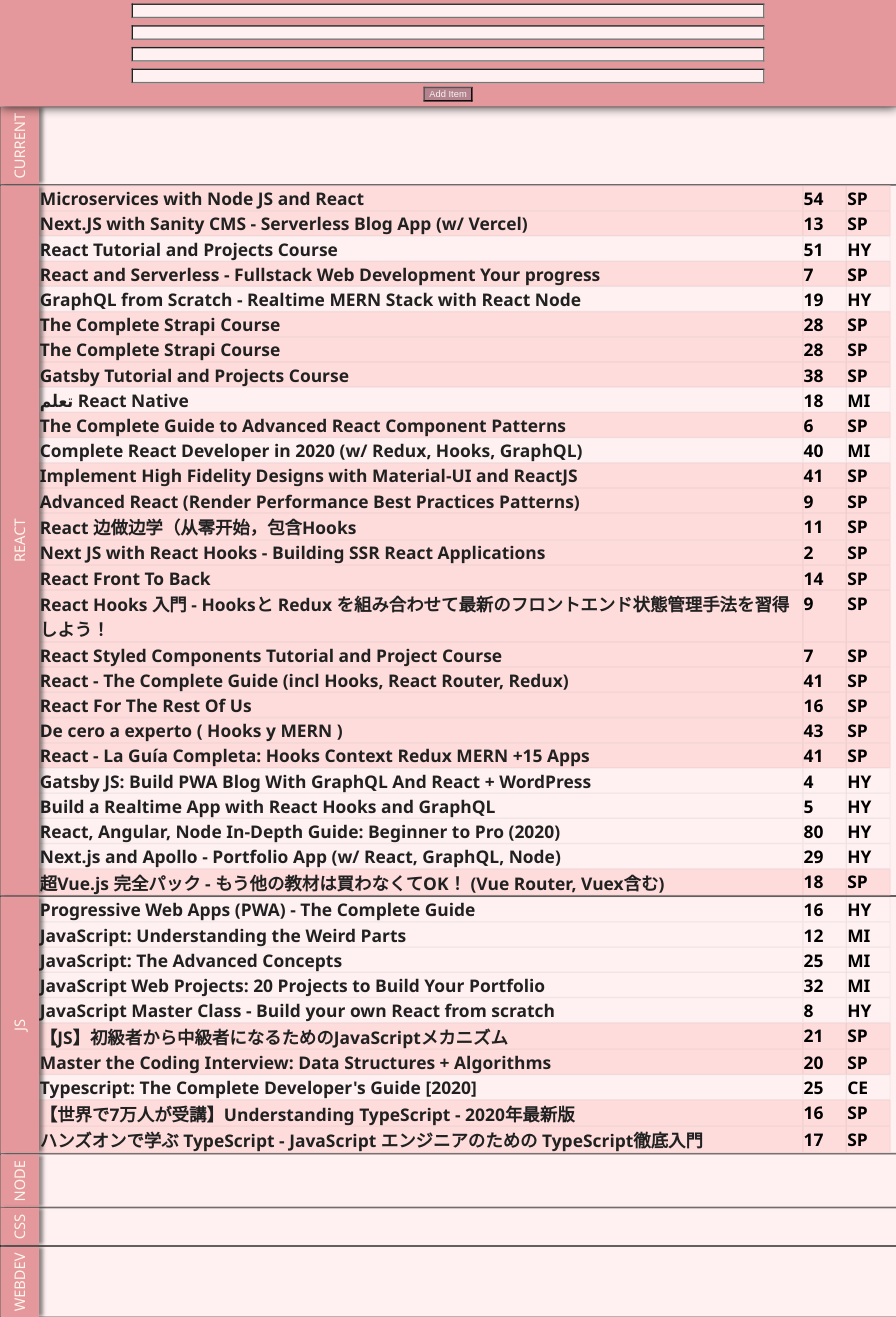
Repository: ClementLight/plan
Page: codicrs.html
The author's editor kept a copy of each file at every save. The page is drawn from the files as they stood at one save, then again after the next save.
The browser window is 1280 px wide. The pictures show the whole page, at 70% of full size.

Above is the page before, as saved 2020-09-01 14:26:34.

### codicrs.html
<!DOCTYPE html>
<html lang="en">
  <head>
    <meta charset="UTF-8" />
    <meta name="viewport" content="width=device-width, initial-scale=1.0" />
    <title>Plan List</title>
    <link rel="stylesheet" href="style.css" />
  </head>
  <body>
    <section id="add-item" class="add-item">
      <input type="text" class="add-item__input--url" />
      <input type="text" class="add-item__input--name" />
      <input type="text" class="add-item__input--hours" />
      <input type="text" class="add-item__input--account" />
      <button class="add-item__button">Add Item</button>
    </section>
    <section class="top-container">
      <section class="maincontainers">
        <div class="lessontype">CURRENT</div>
        <div id="lessonsCurrent" class="lessons"></div>
      </section>
      <section class="maincontainers">
        <div id="react-section" class="lessontype">REACT</div>
        <div id="lessonsReact" class="lessons"></div>
      </section>
      <section class="maincontainers">
        <div class="lessontype">JS</div>
        <div id="lessonsJavascript" class="lessons"></div>
      </section>
      <section class="maincontainers">
        <div class="lessontype">NODE</div>
        <div id="lessonsNode" class="lessons"></div>
      </section>
      <section class="maincontainers">
        <div class="lessontype">CSS</div>
        <div id="lessonsCss" class="lessons"></div>
      </section>
      <section class="maincontainers">
        <div class="lessontype">WEBDEV</div>
        <div id="lessonsWebdev" class="lessons"></div>
      </section>
    </section>

    <!-- //TODO scripts -->
    <script src="jsondata.js"></script>
    <script>
      //   document.body.innerHTML += `
      //  <section class="top-container">
      //   <section idclass="maincontainers">
      //     <div class="lessontype">${item.subject}</div>
      //     <div id="lessons" class="lessons">

      //     </div>
      //   </section>
      // </section>

      database.map((item) => {
        document.getElementById(`lessons${item.subject}`).innerHTML += `
            <div class="lesson lesson-background-filter">
              <a class="lessonname" href=${item.url}>${item.title}</a>
              <span class="hours">${item.hours}</span>
              <span class="account">${item.account}</span>
            </div>
        `
      })

      // const hoursList = [...document.querySelectorAll(".hours")]
      let allClasses = Array.from(document.querySelectorAll(".hours"))
      allClassesValues = allClasses.map((node) => parseInt(node.textContent))
      let total = allClassesValues.reduce((a, b) => a + b, 0)

      const addItem = () => {
        itemUrl = document.querySelector(".add-item__input--url").value
        itemName = document.querySelector(".add-item__input--name").value
        itemHours = document.querySelector(".add-item__input--hours").value
        itemAccount = document.querySelector(".add-item__input--account").value

        newItemHtml = `
        <div class="lesson lesson-background-filter">
        <a class="lessonname" href="${itemUrl}">${itemName} </a>
        <span class="hours">${itemHours}</span>
        <span class="account">${itemAccount}</span>
        </div>
        `
        document.getElementById("react-section__lessons").insertAdjacentHTML("afterbegin", newItemHtml)

        console.log(newItemHtml)
      }

      document.querySelector(".add-item__button").addEventListener("click", addItem)
      console.log(navigator.userAgent)

      //TODO check browser

      let browserAndVersion = (navigator.sayswho = (function () {
        var ua = navigator.userAgent,
          tem,
          M = ua.match(/(opera|chrome|safari|firefox|msie|trident(?=\/))\/?\s*(\d+)/i) || []
        if (/trident/i.test(M[1])) {
          tem = /\brv[ :]+(\d+)/g.exec(ua) || []
          return "IE " + (tem[1] || "")
        }
        if (M[1] === "Chrome") {
          tem = ua.match(/\b(OPR|Edge?)\/(\d+)/)
          if (tem != null) return tem.slice(1).join(" ").replace("OPR", "Opera").replace("Edg ", "Edge ")
        }
        M = M[2] ? [M[1], M[2]] : [navigator.appName, navigator.appVersion, "-?"]
        if ((tem = ua.match(/version\/(\d+)/i)) != null) M.splice(1, 1, tem[1])
        return M.join(" ")
      })())

      //TODO xpath way of selecting stuff. I like it.
      function getElementsByXPath(xpath, parent) {
        let results = []
        let query = document.evaluate(xpath, parent || document, null, XPathResult.ORDERED_NODE_SNAPSHOT_TYPE, null)
        for (let i = 0, length = query.snapshotLength; i < length; ++i) {
          results.push(query.snapshotItem(i))
        }
        return results
      }

      if (browserAndVersion.includes("Chrome")) {
        let itemsXPathed = getElementsByXPath("//span[text()='SP']")
        itemsXPathed.forEach((node) => {
          node.parentElement.classList.remove("lesson-background-filter")
          node.parentElement.classList.add("browserColor")
        })
      } else if (browserAndVersion.includes("Firefox")) {
        let itemsXPathed = getElementsByXPath("//span[text()='HY']")
        itemsXPathed.forEach((node) => {
          node.parentElement.classList.remove("lesson-background-filter")
          node.parentElement.classList.add("browserColor")
        })
      } else if (browserAndVersion.includes("Edge")) {
        //here for a chage I got the parent element directly with xpath
        let itemsXPathed = getElementsByXPath("//div[./span[text()='MI']]")
        itemsXPathed.forEach((node) => {
          node.classList.remove("lesson-background-filter")
          node.classList.add("browserColor")
        })
      } else if (browserAndVersion.includes("Opera")) {
        //here for a chage I got the parent element directly with xpath
        let itemsXPathed = getElementsByXPath("//div[./span[text()='CE']]")
        itemsXPathed.forEach((node) => {
          node.classList.remove("lesson-background-filter")
          node.classList.add("browserColor")
        })
      }
    </script>
  </body>
</html>

### style.css
:root {
  /* --browser-color: var(--tertiary-color);
        --lessons-color: var(--secondary-color);
        --hover-color: var(--septenary-color);
        --main-containers-color: var(--secondary-color);
         */
  --primary-color: #e5989b;
  --secondary-color: #ffb4a2;
  --tertiary-color: #ffcdb2;
  --quaternary-color: #b5838d;
  --quinary-color: #6d6875;

  --senary-color: #ffdcdc;
  --septenary-color: #fdffb6;
  --octonary-color: #caffbf;
  --nonary-color: red;
  --denary-color: #fff1f1;

  --main-interface-color: var(--primary-color);
  --main-containers-color: var(--denary-color);
  --browser-color: var(--senary-color);

  --lessons-color: var(--octonary-color);
  --hover-color: var(--tertiary-color);
  --input-color: var(--main-containers-color);

  /* theme 2 */
  /* --primary-color: #ffadad;
        --secondary-color: #ffc6ff;
        --tertiary-color: #bdb2ff;
        --quaternary-color: #a0c4ff;
        --quinary-color: #9bf6ff;
        --senary-color: #ffd6a5;
        --septenary-color: #fdffb6;
        --octonary-color: #caffbf;
        --nonary-color: red;
        --denary-color: #fffffc;

        --main-interface-color: var(--primary-color);
        --main-containers-color: var(--denary-color);
        --browser-color: var(--quaternary-color);
        --lessons-color: var(--octonary-color);
        --hover-color: var(--secondary-color); */
}
.browserColor {
  background-color: var(--browser-color);
  /* box-shadow: 0px 0px 3px #212121; */
}
.browsercolor:hover {
  color: white;
}
html {
  font-family: "Segoe UI", Tahoma, Geneva, Verdana, sans-serif;
  font-size: 62.2%;
  overflow-x: hidden;
  max-width: 100%;
}
body {
  position: relative;
  padding: 0;
  margin: 0;
  box-sizing: border-box;
  display: flex;
  justify-content: center;
  align-items: center;
  display: flex;
  flex-direction: column;
  width: 100%;
  overflow-x: hidden;
  max-width: 100%;
}
.add-item {
  display: flex;
  flex-direction: column;
  align-items: center;
  justify-content: center;
  background-color: var(--primary-color);
  /* border: 2px solid #212121; */
  box-shadow: 1px 1px 15px rgb(24, 23, 21, 1);
  width: 100vw;
  border-bottom: none;
  z-index: 5;
  /* transform: translateY(-10rem); */
}
.add-item__input--url {
  background-color: var(--input-color);
  width: 70%;
  margin: 5px;
}
.add-item__input--name {
  background-color: var(--input-color);
  width: 70%;
  margin: 5px;
}
.add-item__input--hours {
  background-color: var(--input-color);
  width: 70%;
  margin: 5px;
}
.add-item__input--account {
  background-color: var(--input-color);
  width: 70%;
  margin: 5px;
}

.add-item__button {
  background: var(--quaternary-color);
  transition: all 1s;
  color: whitesmoke;
  margin-bottom: 0.7rem;
}
.add-item__button:hover {
  background-color: var(--quinary-color);
  color: black;
}

.top-container {
  margin: 0;
  display: flex;
  flex-direction: column;
  width: 100vw;
  z-index: 2;
  font-size: 2.5rem;
  overflow-x: hidden;
  border-top: none;
}
.maincontainers {
  display: flex;
  width: 100vw;
  background: var(--main-containers-color);
  border: 1px solid #212121;
}

.lessontype {
  flex-basis: 3%;
  font-size: 2.1rem;
  border: rgba(255, 255, 255, 0.05) 1px solid;
  background-color: var(--main-interface-color);
  /* background: none; */
  color: seashell;
  transform: rotate(-180deg);
  /* transform-origin: 0 0; */
  display: flex;
  /* position: relative; */
  /* height: 100%; */
  writing-mode: vertical-rl;
  padding: 1vh;
  align-items: center;
  justify-content: center;
  box-shadow: -5px 0px 5px rgb(24, 23, 21, 0.5);
  z-index: 5;
}

.lessons {
  flex-basis: 95%;
  display: flex;
  flex-direction: column;
  position: relative;
}
.lesson {
  display: flex;
  /* color: rgb(2, 2, 1); */
  font-weight: 600;
}

.lesson-background-filter {
  /* background-image: linear-gradient(to right, #fca0a000, #fca0a010); */
  /* filter: blur(1px); */
  /* background-color: rgb(255, 205, 186); */
}

.lessonname {
  flex-basis: 90%;
  border: #21212110 0.5px solid;
}
.lesson:hover {
  /* background-color: var(--hover-color); */
  box-shadow: 0 0 5px coral;
  transform: scale(1.009) translateX(5px);
  transition: 0.2s;
  text-shadow: 0 0 5px rgb(240, 200, 186);
  color: rgb(0, 0, 0);
  background-color: var(--hover-color);
  /* transition: 0.02s; */
}
.lesson:active {
  background-color: var(--septenary-color);
  transition: 0.1s;
}
.account {
  flex-basis: 5%;
  border: #21212110 0.5px solid;
}
.hours {
  flex-basis: 5%;
  border: #21212110 0.5px solid;
}
a:link {
  color: #212121;
  text-decoration: none;
}

a:visited {
  color: currentColor;
  text-decoration: none;
}

a:hover {
  text-decoration: none;
}

a:active {
  text-decoration: none;
}

### jsondata.js
let database = [
  //   {
  //     id: "1",
  //     subject: "node",
  //     tags: "Node, MongoDB",
  //     hours: 42,
  //     account: "SP",
  //     title: "Node.js, Express, MongoDB & More: The Complete Bootcamp 2020",
  //     url: "https://www.udemy.com/course/nodejs-express-mongodb-bootcamp/learn/lecture/15065290?start=135#overview",
  //   },
  //   {
  //     id: "2",
  //     subject: "react",
  //     tags: "React, Styled Components",
  //     hours: 7,
  //     account: "SP",
  //     title: "React Styled Components Tutorial and Project Course",
  //     url: "https://www.udemy.com/course/styled-components-tutorial-and-project-course/learn/lecture/15328098?start=15#overview",
  //   },
  //   {
  //     id: "3",
  //     subject: "react",
  //     tags: "Node",
  //     hours: 35,
  //     account: "MI",
  //     title: "The Complete Node.js Developer Course (3rd Edition)",
  //     url: "https://www.udemy.com/course/the-complete-nodejs-developer-course-2/learn/lecture/13729190?start=0#announcements",
  //   },
  //   {
  //     id: "4",
  //     subject: "react",
  //     tags: "React, Gatsby",
  //     hours: 38,
  //     account: "SP",
  //     title: "Gatsby Tutorial and Projects Course",
  //     url: "https://www.udemy.com/course/gatsby-tutorial-and-projects-course/learn/lecture/14891808#overview",
  //   },

  {
    id: "1",
    subject: "React",
    tags: "React, Microservices, Node",
    hours: 54,
    account: "SP",
    title: "Microservices with Node JS and React",
    url: "https://www.udemy.com/course/microservices-with-node-js-and-react/learn/lecture/19248060#overview",
  },
  {
    id: "2",
    subject: "React",
    tags: "React, Nextjs",
    hours: 13,
    account: "SP",
    title: "Next.JS with Sanity CMS - Serverless Blog App (w/ Vercel)",
    url: "https://www.udemy.com/course/nextjs-with-sanity-cms-serverless-blog-app-w-vercel/learn/lecture/20359909#overview",
  },
  {
    id: "3",
    subject: "React",
    tags: "React",
    hours: 51,
    account: "HY",
    title: "React Tutorial and Projects Course",
    url: "https://www.udemy.com/course/react-tutorial-and-projects-course/learn/lecture/12499178?start=0#overview",
  },
  {
    id: "4",
    subject: "React",
    tags: "React, Serverless",
    hours: 7,
    account: "SP",
    title: "React and Serverless - Fullstack Web Development Your progress",
    url: "https://www.udemy.com/course/react-and-serverless/learn/lecture/20008686?start=0#overview",
  },
  {
    id: "5",
    subject: "React",
    tags: "React, GraphQL, Node",
    hours: 19,
    account: "HY",
    title: "GraphQL from Scratch - Realtime MERN Stack with React Node",
    url: "https://www.udemy.com/course/graphql-react-node/learn/lecture/19711874?start=0#overview",
  },
  {
    id: "6",
    subject: "React",
    tags: "React, Strapi",
    hours: 28,
    account: "SP",
    title: "The Complete Strapi Course",
    url: "https://www.udemy.com/course/the-complete-strapi-course/learn/lecture/20153090#overvieww",
  },
  {
    id: "7",
    subject: "React",
    tags: "React, Strapi",
    hours: 28,
    account: "SP",
    title: "The Complete Strapi Course",
    url: "https://www.udemy.com/course/the-complete-strapi-course/learn/lecture/20153090#overvieww",
  },
  {
    id: "8",
    subject: "React",
    tags: "React, Gatsby, GraphQL",
    hours: 38,
    account: "SP",
    title: "Gatsby Tutorial and Projects Course",
    url: "https://www.udemy.com/course/gatsby-tutorial-and-projects-course/learn/lecture/14891808#overview",
  },
  {
    id: "9",
    subject: "React",
    tags: "React, React Native",
    hours: 18,
    account: "MI",
    title: "تعلم React Native",
    url: "https://www.udemy.com/course/react-native-m/learn/lecture/20058580?start=15#questions",
  },
  {
    id: "10",
    subject: "React",
    tags: "React, Optimization",
    hours: 6,
    account: "SP",
    title: "The Complete Guide to Advanced React Component Patterns",
    url: "https://www.udemy.com/course/the-complete-guide-to-advanced-react-patterns/learn/lecture/17200022#overview",
  },
  {
    id: "11",
    subject: "React",
    tags: "React",
    hours: 40,
    account: "MI",
    title: "Complete React Developer in 2020 (w/ Redux, Hooks, GraphQL)",
    url: "https://www.udemy.com/course/complete-react-developer-zero-to-mastery/learn/lecture/14870615?start=0#overview",
  },
  {
    id: "12",
    subject: "React",
    tags: "React, Material UI",
    hours: 41,
    account: "SP",
    title: "Implement High Fidelity Designs with Material-UI and ReactJS",
    url: "https://www.udemy.com/course/implement-high-fidelity-designs-with-material-ui-and-reactjs/learn/lecture/16234402?start=165#overview",
  },
  {
    id: "13",
    subject: "React",
    tags: "React, Optimization",
    hours: 9,
    account: "SP",
    title: "Advanced React (Render Performance Best Practices Patterns)",
    url: "https://www.udemy.com/course/advanced-react-render-performance-best-practices-patterns/learn/lecture/19653114#overview",
  },
  {
    id: "14",
    subject: "React",
    tags: "React",
    hours: 11,
    account: "SP",
    title: "React 边做边学（从零开始，包含Hooks",
    url: "https://www.udemy.com/course/react-lean-by-doing/learn/lecture/16800324?start=512#overview",
  },
  {
    id: "15",
    subject: "React",
    tags: "React, Nextjs",
    hours: 2,
    account: "SP",
    title: "Next JS with React Hooks - Building SSR React Applications",
    url: "https://www.udemy.com/course/next-js-react-hooks/learn/lecture/14095110?start=0#overview",
  },
  {
    id: "16",
    subject: "React",
    tags: "React, Node",
    hours: 14,
    account: "SP",
    title: "React Front To Back",
    url: "https://www.udemy.com/course/modern-react-front-to-back/learn/lecture/14969812?start=174#overview",
  },
  {
    id: "17",
    subject: "React",
    tags: "React",
    hours: 9,
    account: "SP",
    title: "React Hooks 入門 - Hooksと Redux を組み合わせて最新のフロントエンド状態管理手法を習得しよう！",
    url: "https://www.udemy.com/course/react-hooks-101/learn/lecture/15049578?start=0#overview",
  },
  {
    id: "18",
    subject: "React",
    tags: "React, Styled Components",
    hours: 7,
    account: "SP",
    title: "React Styled Components Tutorial and Project Course",
    url: "https://www.udemy.com/course/styled-components-tutorial-and-project-course/learn/lecture/15328098?start=15#overview",
  },
  {
    id: "19",
    subject: "React",
    tags: "React, Styled Components",
    hours: 41,
    account: "SP",
    title: "React - The Complete Guide (incl Hooks, React Router, Redux)",
    url: "https://www.udemy.com/course/react-the-complete-guide-incl-redux/learn/lecture/13556330#overview",
  },
  {
    id: "20",
    subject: "React",
    tags: "React",
    hours: 16,
    account: "SP",
    title: "React For The Rest Of Us",
    url: "https://www.udemy.com/course/react-for-the-rest-of-us/learn/lecture/18081709#overview",
  },
  {
    id: "21",
    subject: "React",
    tags: "React, Node, MERN",
    hours: 43,
    account: "SP",
    title: "De cero a experto ( Hooks y MERN )",
    url: "https://www.udemy.com/course/react-cero-experto/learn/lecture/19751074?start=0#announcements",
  },
  {
    id: "22",
    subject: "React",
    tags: "React, Node, MERN",
    hours: 41,
    account: "SP",
    title: "React - La Guía Completa: Hooks Context Redux MERN +15 Apps",
    url: "https://www.udemy.com/course/react-de-principiante-a-experto-creando-mas-de-10-aplicaciones/learn/lecture/17666784?start=0#announcements",
  },
  {
    id: "23",
    subject: "React",
    tags: "React, Gatsby, GraphQL, Wordpress, PWA",
    hours: 4,
    account: "HY",
    title: "Gatsby JS: Build PWA Blog With GraphQL And React + WordPress",
    url: "https://www.udemy.com/course/gatsby-js-build-pwa-blog-with-graphql-and-react-wordpress/learn/lecture/15158236?start=0#overview",
  },
  {
    id: "24",
    subject: "React",
    tags: "React, GraphQL, Wordpress",
    hours: 5,
    account: "HY",
    title: "Build a Realtime App with React Hooks and GraphQL",
    url: "https://www.udemy.com/course/build-a-realtime-app-with-react-hooks-and-graphql/learn/lecture/13747756#overview",
  },
  {
    id: "25",
    subject: "React",
    tags: "React, Angular, Node",
    hours: 80,
    account: "HY",
    title: "React, Angular, Node In-Depth Guide: Beginner to Pro (2020)",
    url: "https://www.udemy.com/course/react-angular-node-in-depth-guide-beginner-to-pro-2020/learn/lecture/18569676?start=0#overview",
  },
  {
    id: "26",
    subject: "React",
    tags: "React, Nextjs, Node, GraphQL, Apollo",
    hours: 29,
    account: "HY",
    title: "Next.js and Apollo - Portfolio App (w/ React, GraphQL, Node)",
    url: "https://www.udemy.com/course/nextjs-and-apollo-portfolio-app-w-react-graphql-node/learn/lecture/18742898?start=0#overview",
  },
  {
    id: "27",
    subject: "React",
    tags: "Vue",
    hours: 18,
    account: "SP",
    title: "超Vue.js 完全パック - もう他の教材は買わなくてOK！ (Vue Router, Vuex含む)",
    url: "https://www.udemy.com/course/vue-js-complete-guide/learn/lecture/15370946?#overview",
  },
  {
    id: "28",
    subject: "Javascript",
    tags: "Javascript, PWA",
    hours: 16,
    account: "HY",
    title: "Progressive Web Apps (PWA) - The Complete Guide",
    url: "https://www.udemy.com/course/progressive-web-app-pwa-the-complete-guide/learn/lecture/13914126#overview",
  },
  {
    id: "29",
    subject: "Javascript",
    tags: "Javascript",
    hours: 12,
    account: "MI",
    title: "JavaScript: Understanding the Weird Parts",
    url: "https://www.udemy.com/course/understand-javascript/learn/lecture/2237542?start=0#overview",
  },
  {
    id: "30",
    subject: "Javascript",
    tags: "Javascript",
    hours: 25,
    account: "MI",
    title: "JavaScript: The Advanced Concepts",
    url: "https://www.udemy.com/course/advanced-javascript-concepts/learn/lecture/13772854#overview",
  },
  {
    id: "31",
    subject: "Javascript",
    tags: "Javascript",
    hours: 32,
    account: "MI",
    title: "JavaScript Web Projects: 20 Projects to Build Your Portfolio",
    url: "https://www.udemy.com/course/javascript-web-projects-to-build-your-portfolio-resume/learn/lecture/19961158?start=0#overview",
  },
  {
    id: "32",
    subject: "Javascript",
    tags: "Javascript, React",
    hours: 8,
    account: "HY",
    title: "JavaScript Master Class - Build your own React from scratch",
    url: "https://www.udemy.com/course/javascript-deep-dive-code-your-own-react-library/learn/lecture/12102042?start=60#overview",
  },
  {
    id: "33",
    subject: "Javascript",
    tags: "Javascript",
    hours: 21,
    account: "SP",
    title: "【JS】初級者から中級者になるためのJavaScriptメカニズム",
    url: "https://www.udemy.com/course/javascript-essence/learn/lecture/19799294?start=0#overview",
  },
  {
    id: "34",
    subject: "Javascript",
    tags: "Javascript",
    hours: 20,
    account: "SP",
    title: "Master the Coding Interview: Data Structures + Algorithms",
    url: "https://www.udemy.com/course/master-the-coding-interview-data-structures-algorithms/learn/lecture/12133484?start=120#overview",
  },
  {
    id: "35",
    subject: "Javascript",
    tags: "Javascript, Typescript",
    hours: 25,
    account: "CE",
    title: "Typescript: The Complete Developer's Guide [2020]",
    url: "https://www.udemy.com/course/typescript-the-complete-developers-guide/learn/lecture/14504488?start=0#overview",
  },
  {
    id: "36",
    subject: "Javascript",
    tags: "Javascript, Typescript",
    hours: 16,
    account: "SP",
    title: "【世界で7万人が受講】Understanding TypeScript - 2020年最新版",
    url: "https://www.udemy.com/course/understanding-typescript-jp/learn/lecture/18184848?start=0#overview",
  },
  {
    id: "37",
    subject: "Javascript",
    tags: "Javascript, Typescript",
    hours: 17,
    account: "SP",
    title: "ハンズオンで学ぶ TypeScript - JavaScript エンジニアのための TypeScript徹底入門",
    url: "https://www.udemy.com/course/understanding-typescript-jp/learn/lecture/18184848?start=0#overview",
  },
]

After the next save:
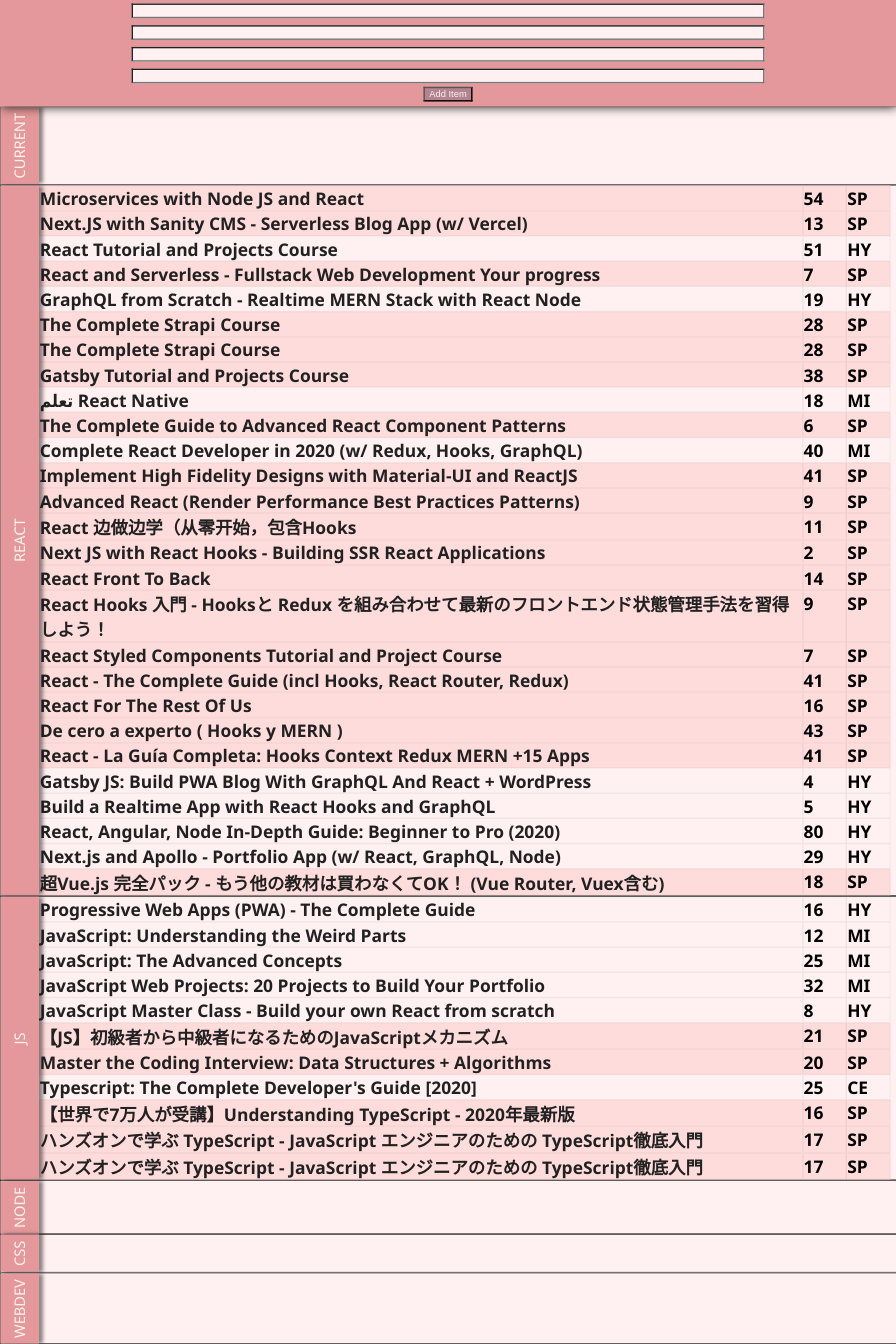
Saved 2 min 2 s later.
--- a/jsondata.js
+++ b/jsondata.js
@@ -367,6 +367,15 @@
     hours: 17,
     account: "SP",
     title: "ハンズオンで学ぶ TypeScript - JavaScript エンジニアのための TypeScript徹底入門",
-    url: "https://www.udemy.com/course/understanding-typescript-jp/learn/lecture/18184848?start=0#overview",
+    url: "https://www.udemy.com/course/ts-for-js-developers/learn/lecture/21394194#overview",
+  },
+  {
+    id: "38",
+    subject: "Javascript",
+    tags: "Javascript, Typescript",
+    hours: 17,
+    account: "SP",
+    title: "ハンズオンで学ぶ TypeScript - JavaScript エンジニアのための TypeScript徹底入門",
+    url: "https://www.udemy.com/course/ts-for-js-developers/learn/lecture/21394194#overview",
   },
 ]
